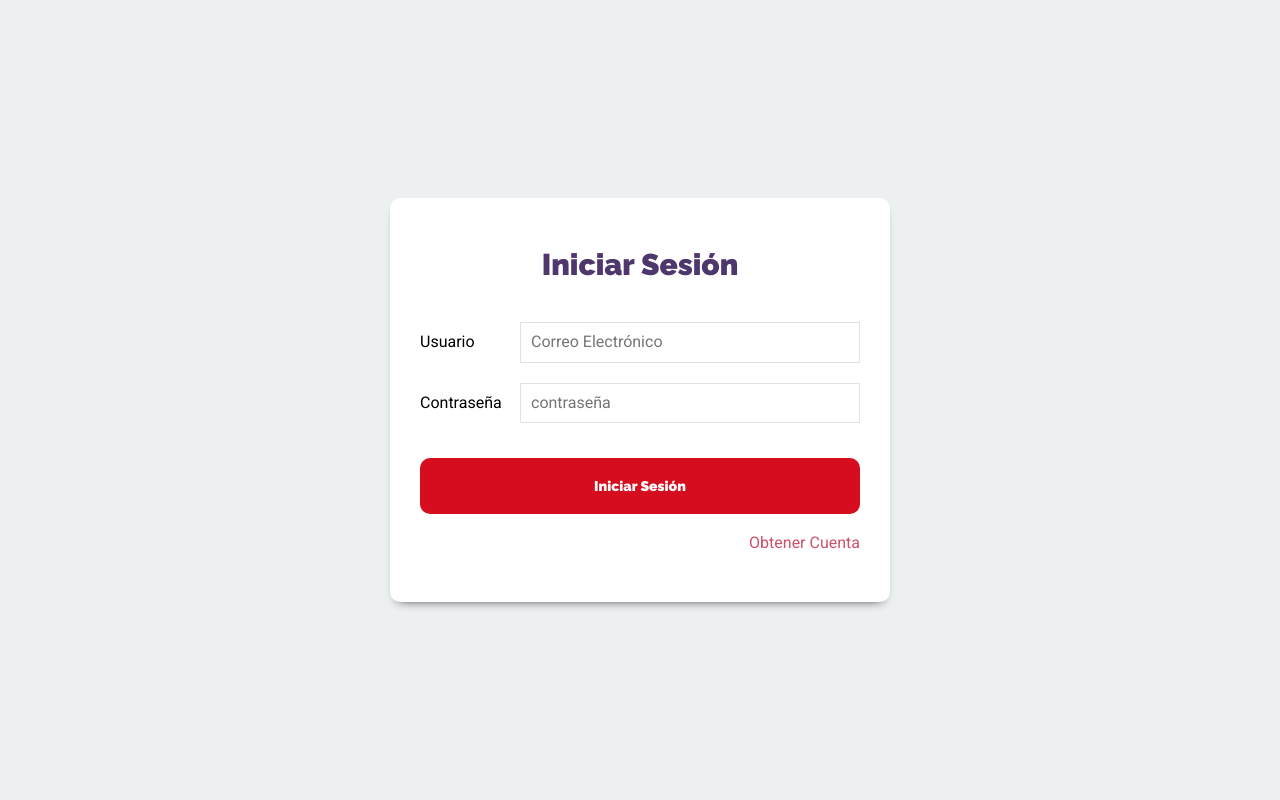
Repository: andrescovarrubias/admin-proyectos
Page: / (app in cliente/)
The author's editor kept a copy of each file at every save. The page is drawn from the files as they stood at one save, then again after the next save.
The browser window is 1280 px wide. The pictures show the whole page.
The project was rebuilt for these pictures with package versions that can differ from the ones it lists, and the page was loaded fresh each time. Also part of the build but not shown: cliente/src/components/auth/NuevaCuenta.jsx, cliente/src/components/proyectos/NuevoProyecto.jsx, cliente/src/components/layout/SideBar.jsx, cliente/src/components/proyectos/Proyectos.jsx.

Above is the page before, as saved 2020-10-31 17:23:49.

After the next save:
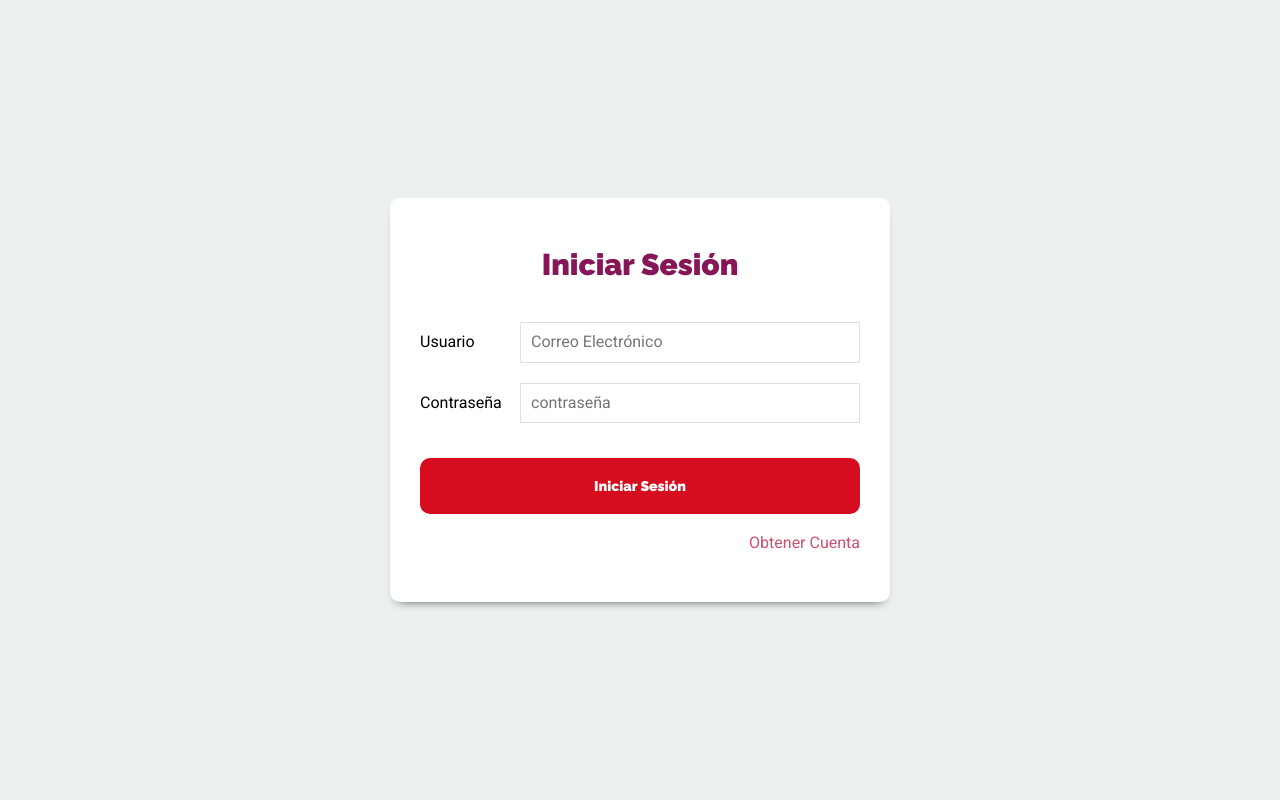
Saved 4 s later.
--- a/cliente/src/index.css
+++ b/cliente/src/index.css
@@ -300,7 +300,7 @@ aside {
   border-radius: 1rem;
 }
 .contenedor-form h1 {
-  color: var(--morado1);
+  color: var(--morado2);
 }
 
 .campo-form {
